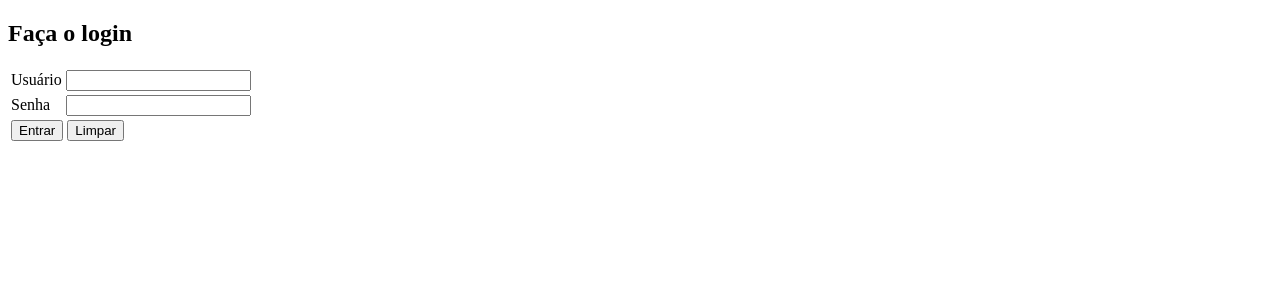
Repository: caioocesar/Comp3
Page: http://localhost/Comput3/login.jsp
These files come from the project's save history. The page is drawn as it stood at one moment and after the next save; the edit follows.
The browser window is 1280 px wide. The pictures show the whole page.
The page is served by Tomcat 9. Other server files are loaded and not shown.

Above is the page before, as saved 2019-06-09 00:55:56.

### eclipse-workspace/Comput3/WebContent/login.jsp
<%@ page language="java" contentType="text/html; charset=ISO-8859-1"
pageEncoding="ISO-8859-1"%>
<!DOCTYPE html PUBLIC "-//W3C//DTD HTML 4.01 Transitional//EN"
"http://www.w3.org/TR/html4/loose.dtd">
<html>
<head>
<meta http-equiv="Content-Type" content="text/html; charset=ISO-8859-1">
<title>Login do sistema</title>
</head>
<body>

<form action="Login" method="POST">
    <h2>Faça o login</h2>
    <table border="0" cellpadding="1">
        <tr>
            <td><label>Usuário</label></td>
            <td><input type="text" name="usuario" size="20" /> </td>
        </tr>
        <tr>
            <td><label>Senha</label></td>
            <td><input type="password" name="senha" size="20" /> </td>
        </tr>

        <tr>
            <td colspan="2">
                <input type="submit" value="Entrar"/>
                <input type="reset" value="Limpar"/>
            </td>
        </tr>
    </table>
</form>

</body>
</html>

After the next save:
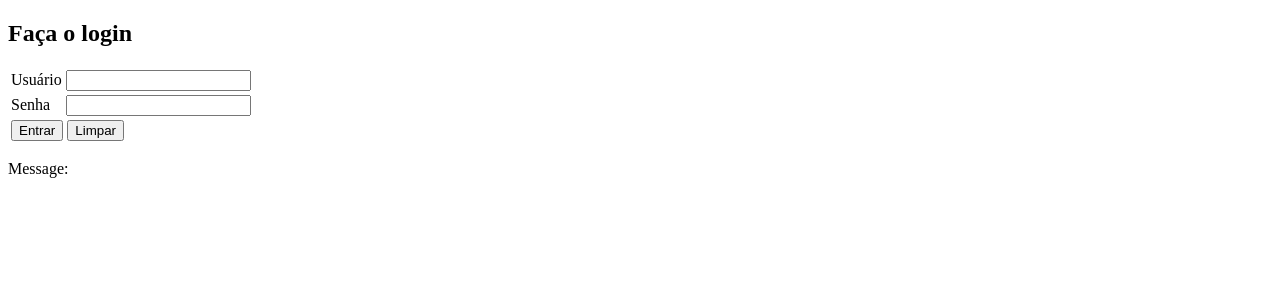
Saved 18 s later.
--- a/eclipse-workspace/Comput3/WebContent/login.jsp
+++ b/eclipse-workspace/Comput3/WebContent/login.jsp
@@ -28,6 +28,7 @@
             </td>
         </tr>
     </table>
+    <p>Message: ${param.message}</p>
 </form>
 
 </body>

After the save that followed:
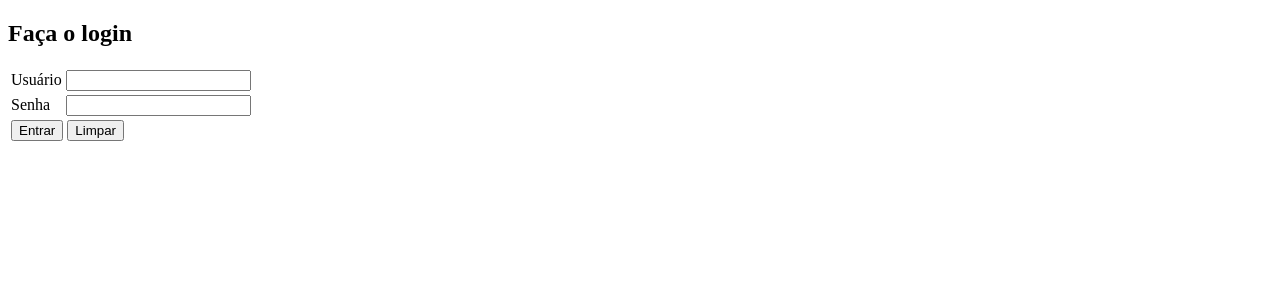
Saved 105 s later.
--- a/eclipse-workspace/Comput3/WebContent/login.jsp
+++ b/eclipse-workspace/Comput3/WebContent/login.jsp
@@ -28,7 +28,7 @@
             </td>
         </tr>
     </table>
-    <p>Message: ${param.message}</p>
+    <p>${param.message}</p>
 </form>
 
 </body>
